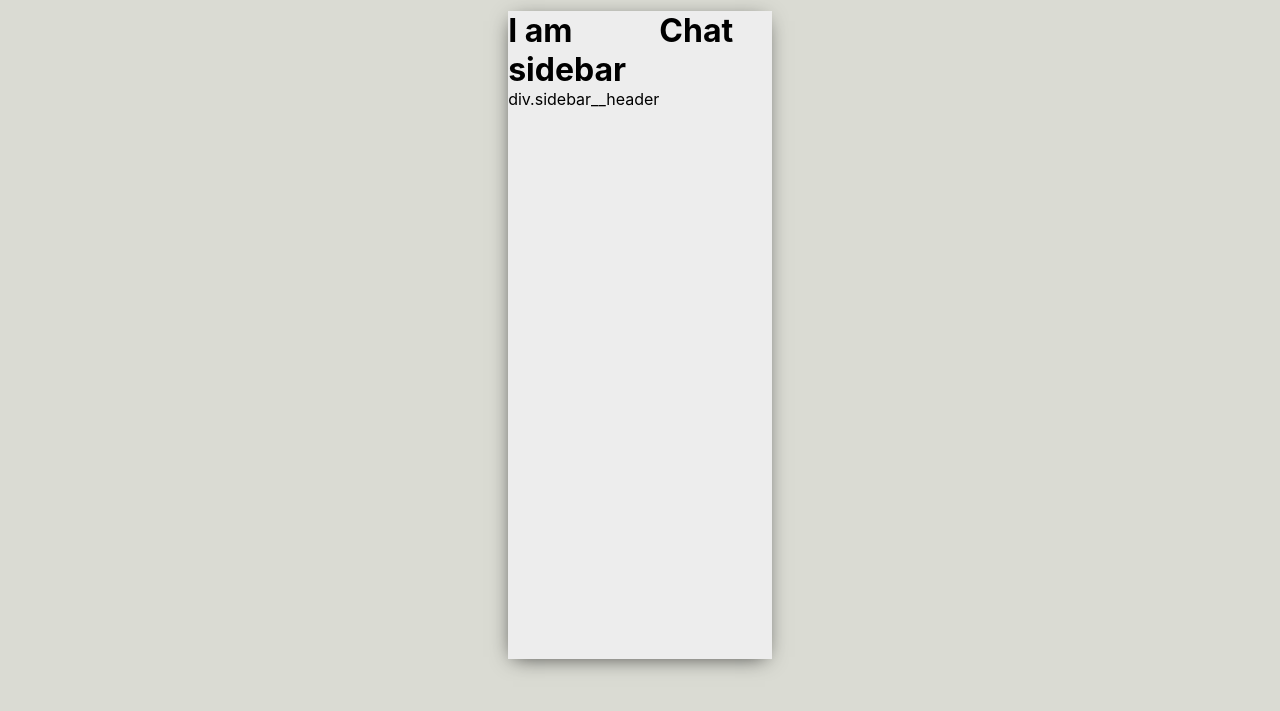
Repository: nadavmza/whatsapp-mern
Page: /
An editor plug-in stored every save of this project. The page is shown before and after a run of saves, followed by the edit.
The browser window is 1280 px wide. The pictures show the whole page.
The project was rebuilt for these pictures with package versions that can differ from the ones it lists, and the page was loaded fresh each time. Also part of the build but not shown: src/Chat.css.

Above is the page before, as saved 2021-12-21 23:52:40.

After the next 2 saves:
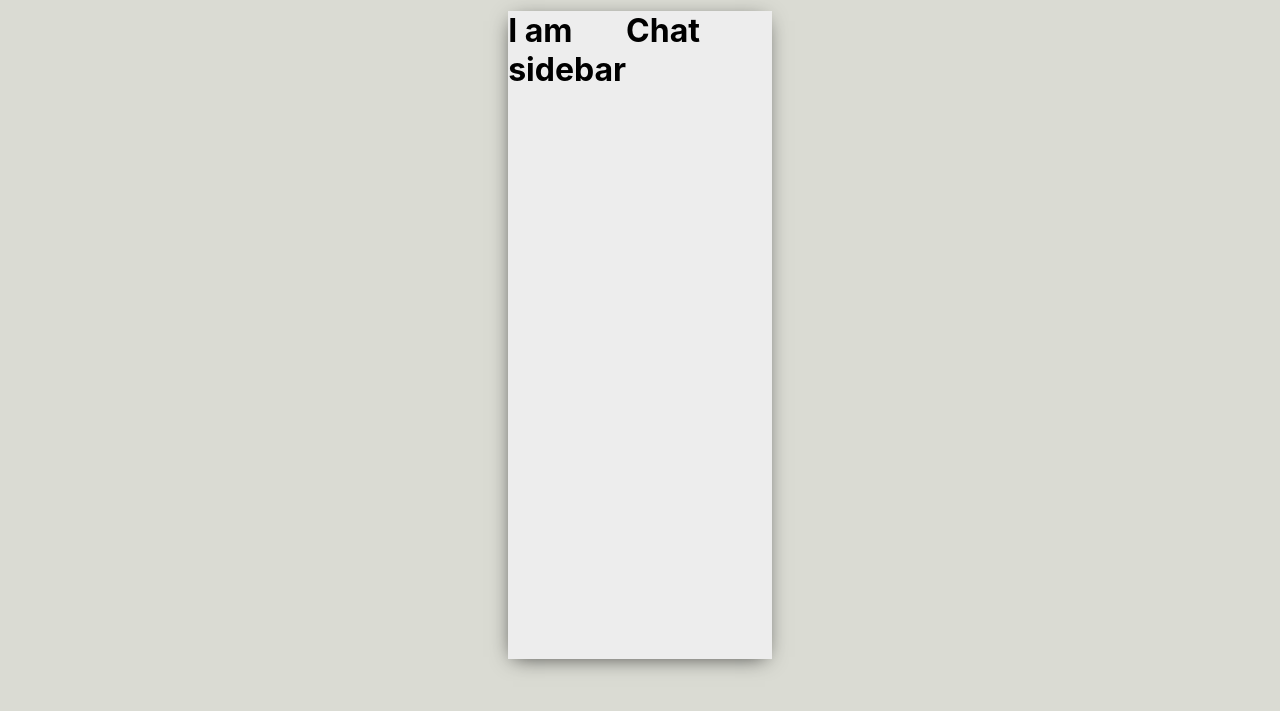
The 2 saves are shown as one change because they came seconds apart.
The last was saved 9 s later.
--- a/src/Sidebar.js
+++ b/src/Sidebar.js
@@ -6,7 +6,7 @@ function Sidebar() {
         <div className='sidebar'>
             <h1>I am sidebar</h1>
             <div className="sidebar_header">
-                div.sidebar__header
+
             </div>
         </div>
     )
